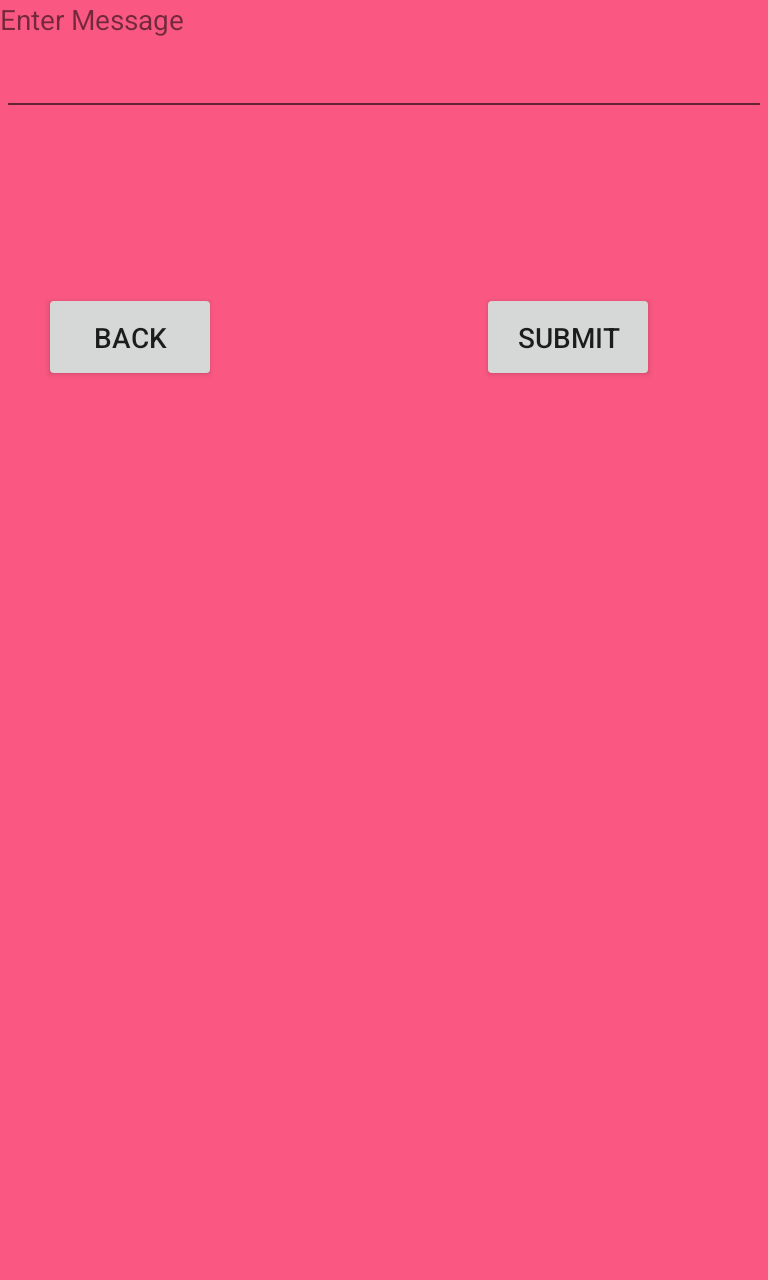
Repository: Clarenaliaka/code-challenge
Layout: ModernMum/res/layout/contacts.xml
The author's editor kept a copy of each file at every save. The layout is drawn from the files as they stood at one save, then again after the next save.
It is drawn on a 768 x 1280 px phone screen (xhdpi) without system bars, with theme AppTheme; the app's code is not run.

Above is the layout before, as saved 2014-08-02 14:05:22.

After the next save:
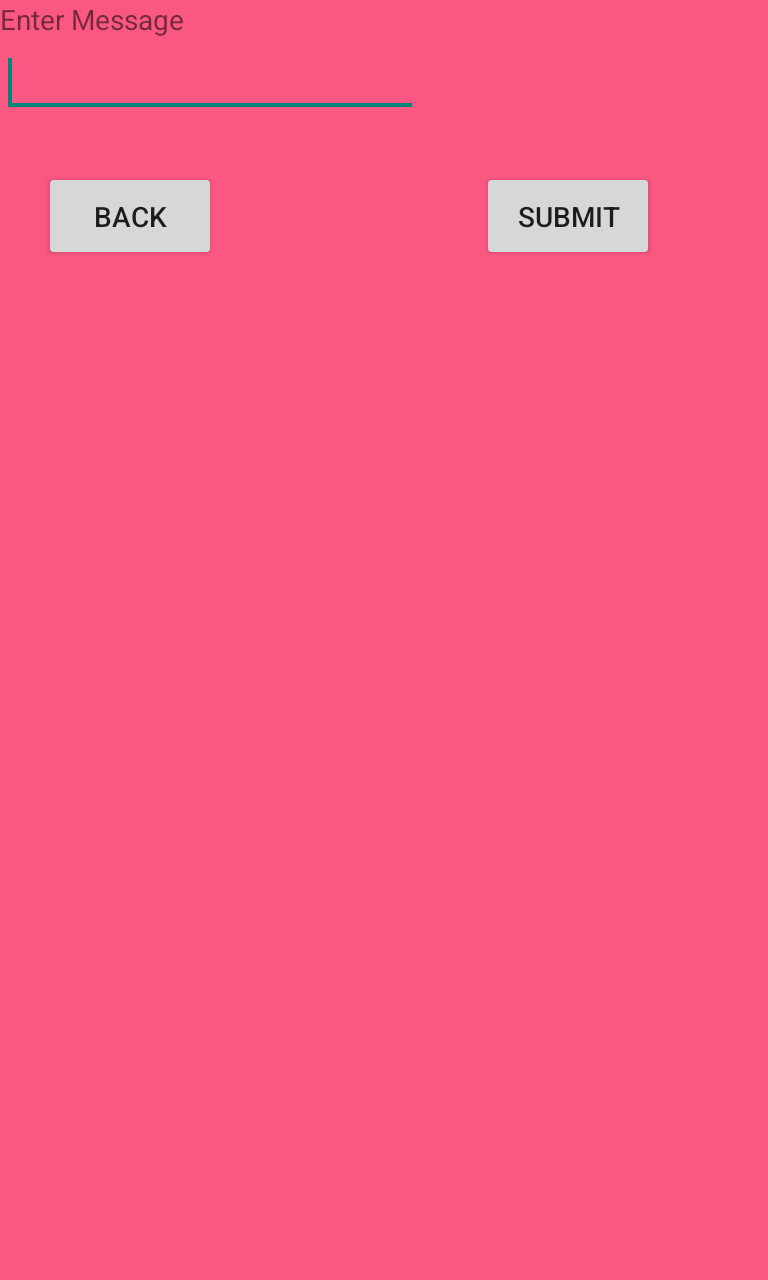
Saved 4 min 2 s later.
--- a/ModernMum/res/layout/contacts.xml
+++ b/ModernMum/res/layout/contacts.xml
@@ -5,18 +5,8 @@
     android:orientation="vertical"
     android:background="@color/pink">
 
-    <TextView
-        android:id="@+id/textView1"
-        android:layout_width="wrap_content"
-        android:layout_height="wrap_content"
-        android:text="@string/des" />
 
-    <EditText
-        android:id="@+id/etmult"
-        android:layout_width="match_parent"
-        android:layout_height="wrap_content"
-        android:ems="10"
-        android:inputType="textMultiLine" />
+
 
     <RelativeLayout
     android:layout_width="match_parent"
@@ -44,6 +34,25 @@
         android:layout_marginLeft="21dp"
         android:text="@string/btnback" />
 
+    <TextView
+        android:id="@+id/textView1"
+        android:layout_width="wrap_content"
+        android:layout_height="wrap_content"
+        android:layout_alignParentLeft="true"
+        android:layout_alignParentTop="true"
+        android:text="@string/des" />
+
+    <EditText
+        android:id="@+id/etmult"
+        android:layout_width="wrap_content"
+        android:layout_height="wrap_content"
+        android:layout_alignParentLeft="true"
+        android:layout_below="@+id/textView1"
+        android:ems="10" >
+
+        <requestFocus />
+    </EditText>
+
     </RelativeLayout>
 
 </LinearLayout>
